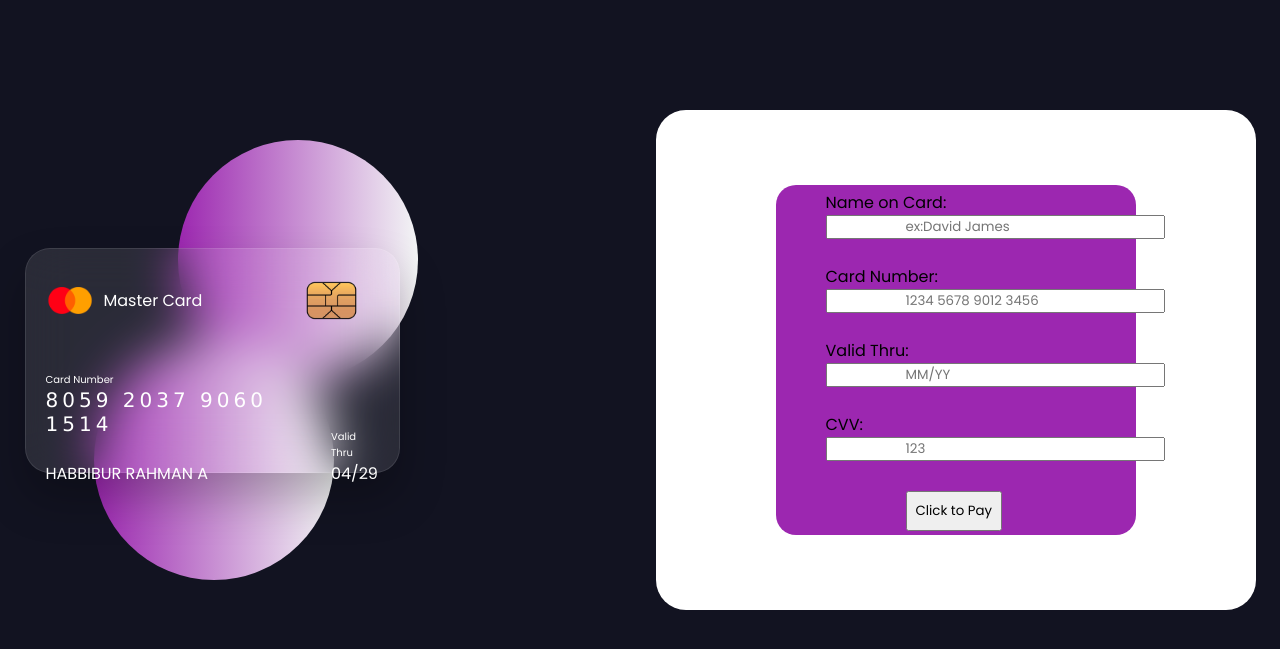
Repository: Habeebur1493/-002-Prompt
Page: index.html
An editor plug-in stored every save of this project. The page is shown before and after the next save, followed by the edit.
The browser window is 1280 px wide. The pictures show the whole page.

Above is the page before, as saved 2024-09-11 01:27:26.

After the next save:
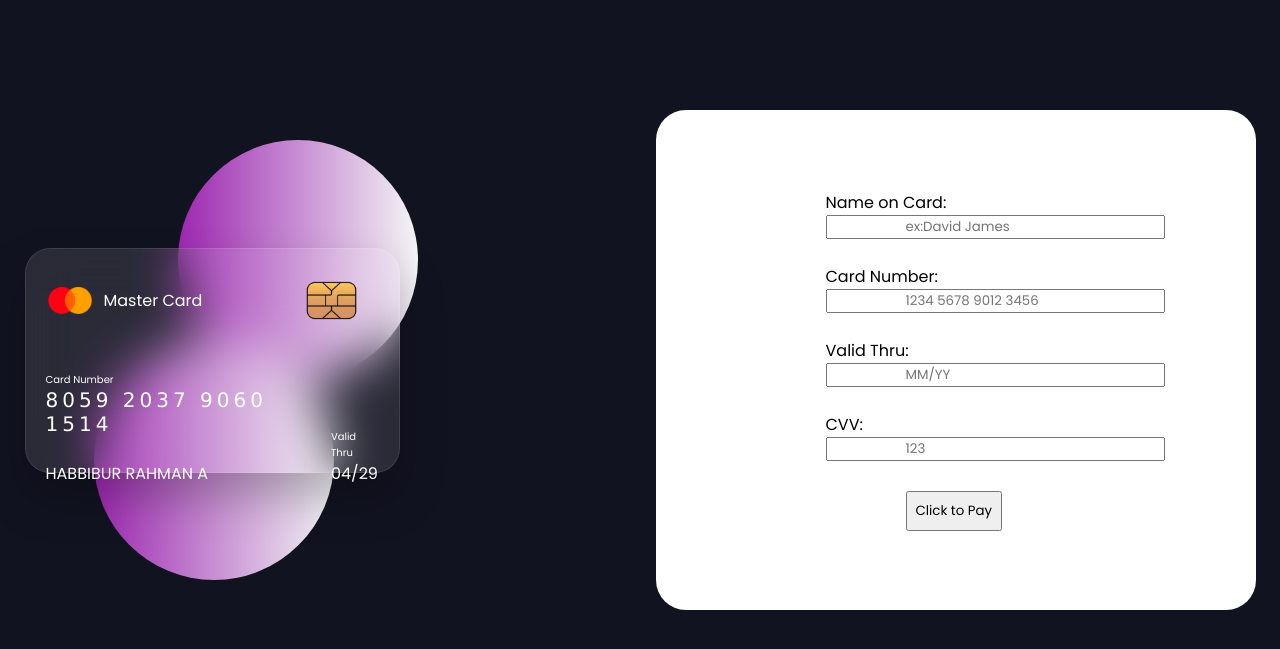
Saved 4 s later.
--- a/style.css
+++ b/style.css
@@ -181,7 +181,6 @@
     height: 70%;
     width: 60%;
     padding: 50px;
-    background-color: #9c27b0;
     border-radius: 20px;
 }
 .content input{
